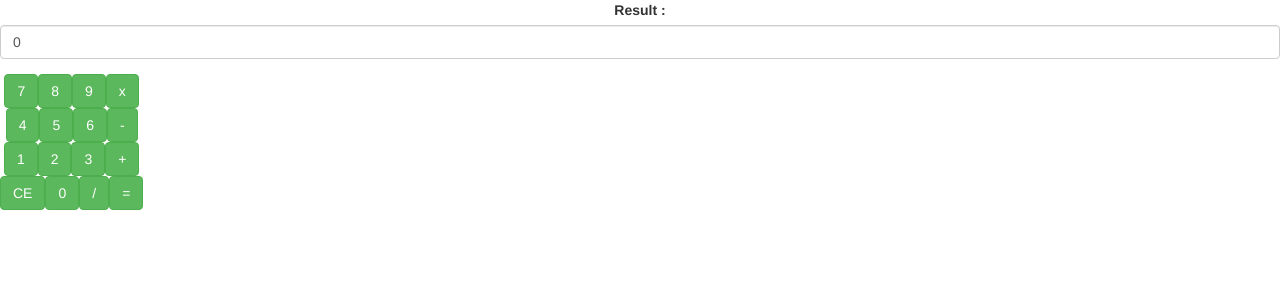
Repository: ranantharaj/calculator
Page: /
These files come from the project's save history. The page is drawn as it stood at one moment and after the next save; the edit follows.
The browser window is 1280 px wide. The pictures show the whole page.
The project was rebuilt for these pictures with package versions that can differ from the ones it lists, and the page was loaded fresh each time.

Above is the page before, as saved 2019-04-24 16:30:54.

After the next save:
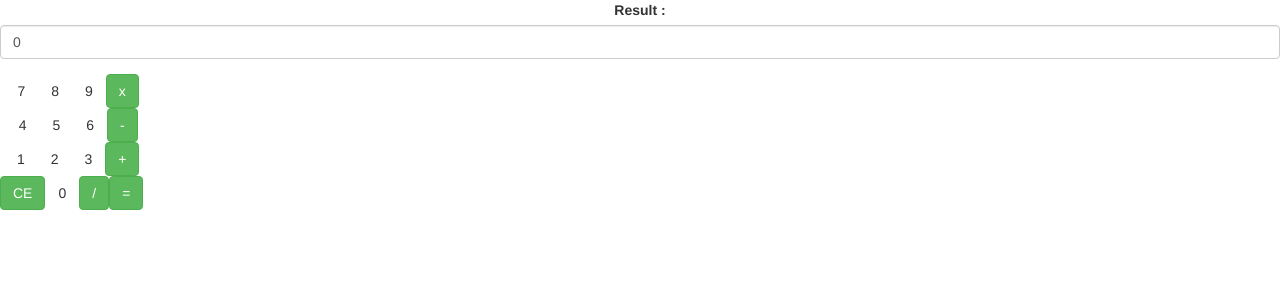
Saved 43 s later.
--- a/src/App.js
+++ b/src/App.js
@@ -118,26 +118,26 @@ class App extends Component {
 
         <table>
           <tr>
-             <td  className="btn btn-success" className="btn btn-success" onClick={(e) => this.setState({ val2: 7, result: this.state.result + '7' })}> 7 </td>
-             <td  className="btn btn-success" onClick={(e) => this.setState({ val2: 8, result: this.state.result + '8' })}> 8 </td>
-             <td  className="btn btn-success" onClick={(e) => this.setState({ val2: 9, result: this.state.result + '9' })}> 9 </td>
+             <td  className="btn" className="btn" onClick={(e) => this.setState({ val2: 7, result: this.state.result + '7' })}> 7 </td>
+             <td  className="btn" onClick={(e) => this.setState({ val2: 8, result: this.state.result + '8' })}> 8 </td>
+             <td  className="btn" onClick={(e) => this.setState({ val2: 9, result: this.state.result + '9' })}> 9 </td>
              <td  className="btn btn-success" onClick={(e) => this.calculation('x')}> x </td>
           </tr>
           <tr>
-             <td  className="btn btn-success" onClick={(e) => this.setState({ val2: 4, result: this.state.result + '4' })}> 4 </td>
-             <td  className="btn btn-success" onClick={(e) => this.setState({ val2: 5, result: this.state.result + '5' })}> 5 </td>
-             <td  className="btn btn-success" onClick={(e) => this.setState({ val2: 6, result: this.state.result + '6' })}> 6 </td>
+             <td  className="btn" onClick={(e) => this.setState({ val2: 4, result: this.state.result + '4' })}> 4 </td>
+             <td  className="btn" onClick={(e) => this.setState({ val2: 5, result: this.state.result + '5' })}> 5 </td>
+             <td  className="btn" onClick={(e) => this.setState({ val2: 6, result: this.state.result + '6' })}> 6 </td>
              <td  className="btn btn-success" onClick={(e) => this.calculation('-')}> - </td>
           </tr>
           <tr>
-             <td  className="btn btn-success" onClick={(e) => this.setState({ val2: 1, result: this.state.result + '1' })}> 1 </td>
-             <td  className="btn btn-success" onClick={(e) => this.setState({ val2: 2, result: this.state.result + '2' })}> 2 </td>
-             <td  className="btn btn-success" onClick={(e) => this.setState({ val2: 3, result: this.state.result + '3' })}> 3 </td>
+             <td  className="btn" onClick={(e) => this.setState({ val2: 1, result: this.state.result + '1' })}> 1 </td>
+             <td  className="btn" onClick={(e) => this.setState({ val2: 2, result: this.state.result + '2' })}> 2 </td>
+             <td  className="btn" onClick={(e) => this.setState({ val2: 3, result: this.state.result + '3' })}> 3 </td>
              <td  className="btn btn-success" onClick={(e) => this.calculation('+')}> + </td>
           </tr>
           <tr>
              <td  className="btn btn-success" onClick={(e) => this.calculation('CE')}> CE </td>
-             <td  className="btn btn-success" onClick={(e) => this.setState({ val2: 0, result: this.state.result + '0' })}> 0 </td>
+             <td  className="btn" onClick={(e) => this.setState({ val2: 0, result: this.state.result + '0' })}> 0 </td>
              <td  className="btn btn-success" onClick={(e) => this.calculation('/')}> / </td>
              <td  className="btn btn-success" onClick={(e) => this.setState({ result: this.calculate(this.parseCalculationString(this.state.result))} )}> = </td>
           </tr>
